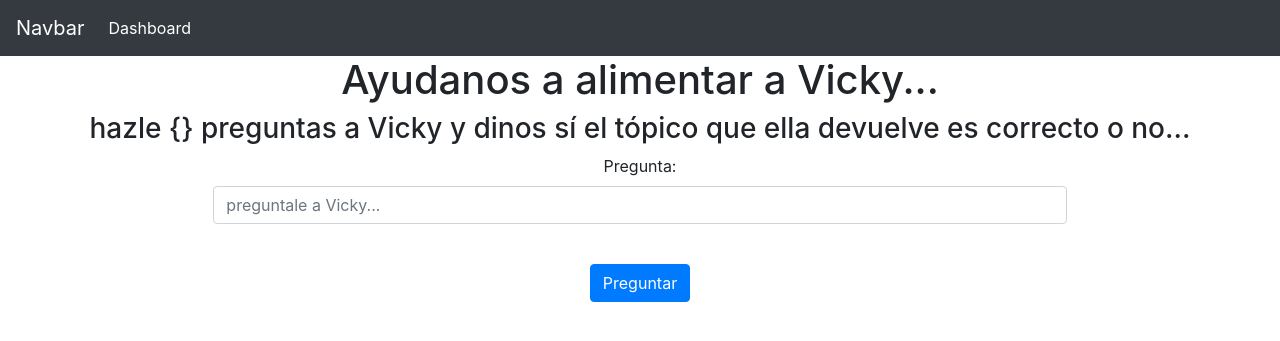
Repository: Crixtiancub/feedback_Vicky
Page: http://localhost/
The author's editor kept a copy of each file at every save. The page is drawn from the files as they stood at one save, then again after the next save.
The browser window is 1280 px wide. The pictures show the whole page.
The page is served by the project's application, run on Django 3.2 (manage.py).

Above is the page before, as saved 2021-04-29 08:57:46.

After the next save:
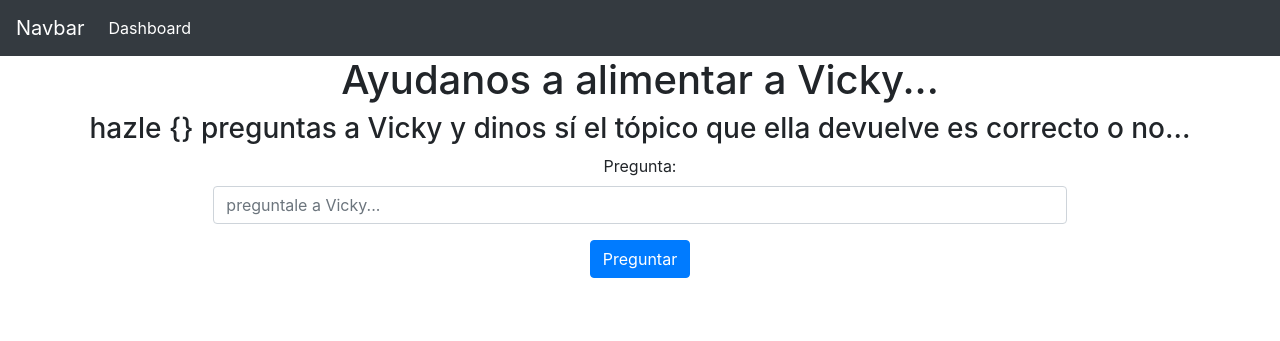
Saved 8 s later.
--- a/vicky/templates/dashboard.html
+++ b/vicky/templates/dashboard.html
@@ -16,7 +16,7 @@
 
             <input type="text" id="txt_pregunta_Vicky"
             name="pregunta_Vicky" class="col-sm-8 form-control"
-            placeholder="preguntale a Vicky..."><br>
+            placeholder="preguntale a Vicky...">
         </div>
 
         <input type="submit" class="btn btn-primary" value="Preguntar">
